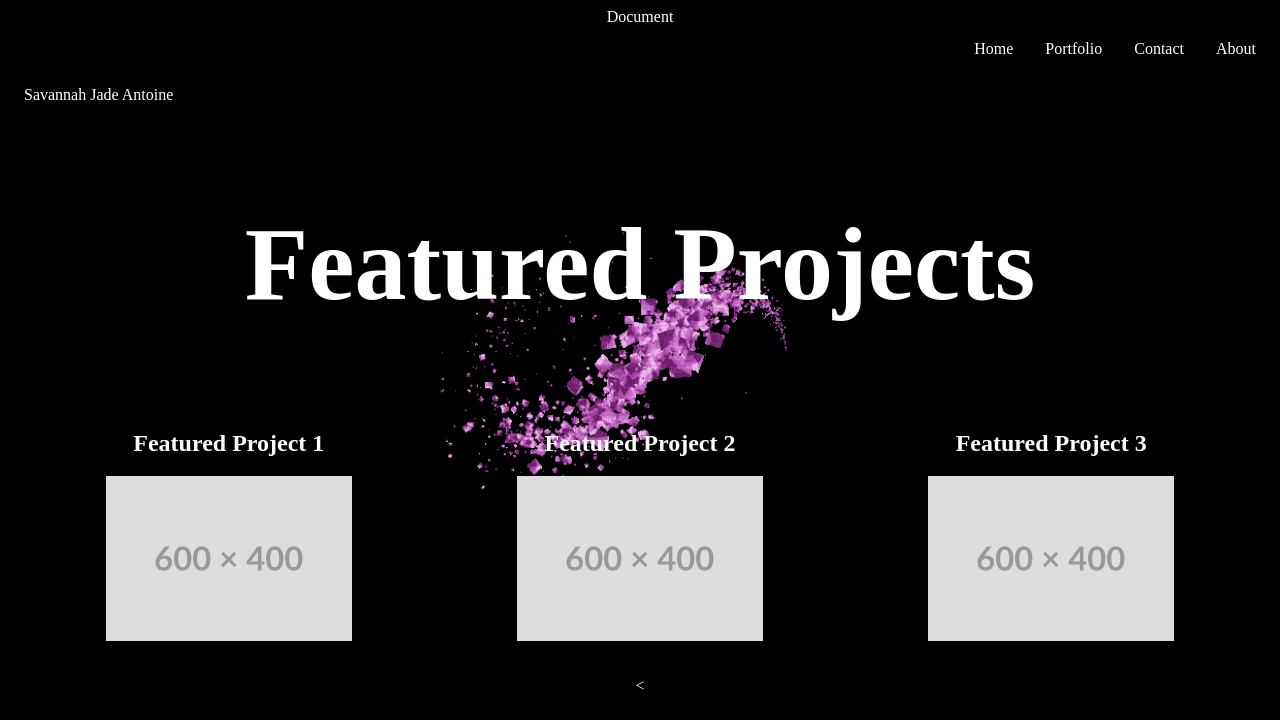
Repository: Savannah-Antoine/Savannah-Antoine
Page: pages/project-name-2.html
The author's editor kept a copy of each file at every save. The page is drawn from the files as they stood at one save, then again after the next save.
The browser window is 1280 px wide. The pictures show the whole page.

Above is the page before, as saved 2026-05-08 16:48:39.

### pages/project-name-2.html
<!DOCTYPE html>
<html lang="en">
<head>
    <meta charset="UTF-8">
    <meta name="viewport" content="width=device-width, initial-scale=1.0">
    <link rel = "stylesheet" href = "./styles/index.css" />
    <link rel = "stylesheet" href = "./styles/globals.css" />
    <link rel
    <title>Document</title>
</head>
<body>
<header>
    <nav>
        <ul class = "navigation">
  <li><a href="index.html">Home</a></li>
  <li><a href="./pages/project-name-1.html">Portfolio</a></li>
  <li><a href="contact.asp">Contact</a></li>
  <li><a href="about.asp">About</a></li>
</ul>
        <ul class = "homeButton">
           <li><a   href = "index.html">Savannah Jade Antoine</a></li>
        </ul>
        <h1> Featured Projects</h1>
</nav>

</header>
<main class = "container">

<section >
<h2>Featured Project 1</h2>
<img src = "./assets/images/placeholder1.svg" alt = "First Portfolio placeholder image" />

</section>

<section>
<h2>Featured Project 2</h2>
<img src = "./assets/images/placeholder1.svg" alt = "Second Portfolio placeholder image" />
</section>
<section>
<h2>Featured Project 3</h2>
<img src = "./assets/images/placeholder1.svg" alt = "Third Portfolio placeholder image" />
</section>

<section>
<
</main>

</body>
</html>

### styles/index.css
.container{
   display:flex;
   flex-direction:column;
    justify-content: center;
    gap:2rem;


}
body h1{
    font-size: 3rem;

}

img{
    width: 65%;
    height:auto;
}

@media screen and (min-width: 768px)
{
    body h1{
    font-size: 6.5rem;
}
    section{

    width: 30%;
}

    .container{
          display:flex;
          flex-direction: row;
          flex-wrap: wrap;
          justify-content: center;

    }
}

@media screen and (min-width: 1000px)
{

}

### styles/globals.css
body {
    background-color: black;
  background-image: url(/assets/images/background-pic.gif);
  background-repeat: no-repeat;
  background-size: cover;
  color: white;
  font-size: 16px;
  text-align: center;
}



.homeButton{
  list-style-type: none;
  margin: 0;
  padding: 0;
  display: flex;
  justify-content: left;

}


.navigation {
  list-style-type: none;
  margin: 0;
  padding: 0;
  display: flex;
  justify-content: right;
}
li a {
  display: block;
  color: white;
  padding: 14px 16px;
  text-decoration: none;
}

ul li a:hover {
  background-color: #be6c6c;
}

### styles/page.css
body {
    background-color: black;
  background-image: url(/assets/images/background-pic.gif);
  background-repeat: no-repeat;
  background-size: cover;
  color: white;
  font-size: 16px;
  text-align: center;
}



.homeButton{
    text-align:left;
    color:pink;
}

.navigation {
  list-style-type: none;
  margin: 0;
  padding: 0;
  display: flex;
  justify-content: right;
}
li a {
  display: block;
  color: white;
  padding: 14px 16px;
  text-decoration: none;
}

ul li a:hover {
  background-color: #be6c6c;
}

After the next save:
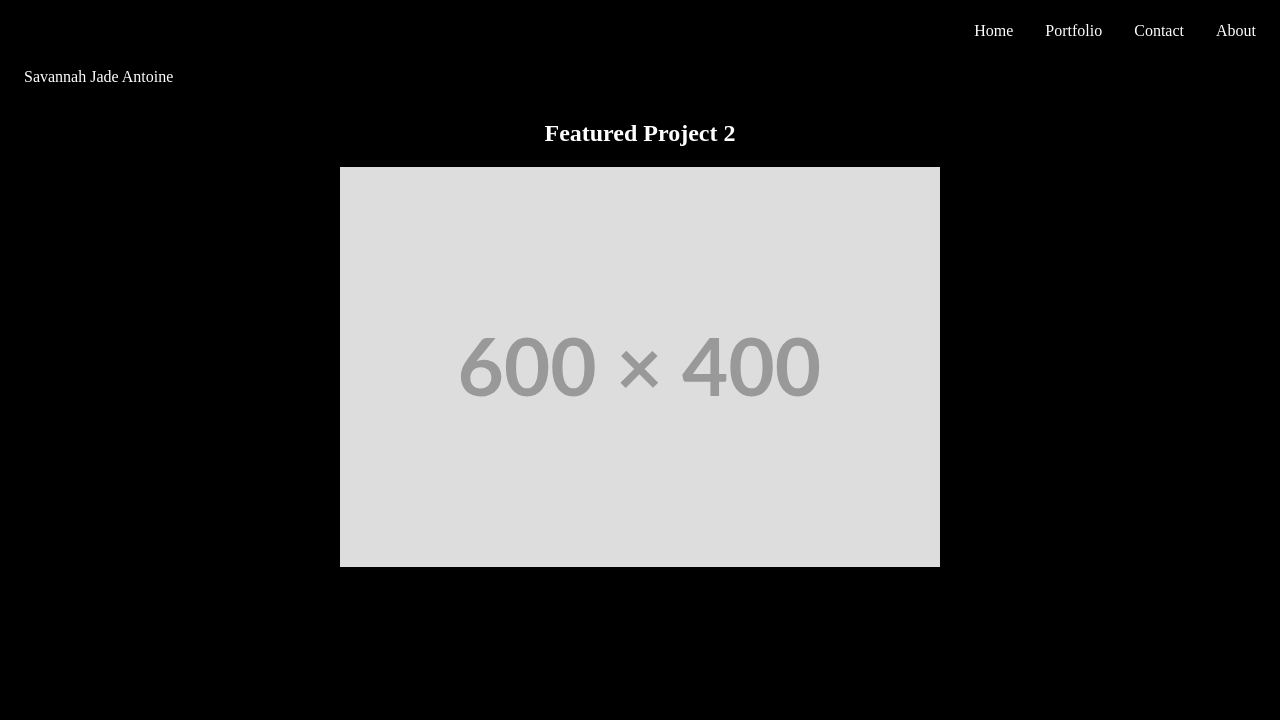
Saved 52 s later.
--- a/pages/project-name-2.html
+++ b/pages/project-name-2.html
@@ -3,46 +3,35 @@
 <head>
     <meta charset="UTF-8">
     <meta name="viewport" content="width=device-width, initial-scale=1.0">
-    <link rel = "stylesheet" href = "./styles/index.css" />
-    <link rel = "stylesheet" href = "./styles/globals.css" />
-    <link rel
+    <link rel = "stylesheet" href = "../styles/page.css" />
+    <link rel = "stylesheet" href = "../styles/globals.css" />
     <title>Document</title>
 </head>
 <body>
 <header>
     <nav>
         <ul class = "navigation">
-  <li><a href="index.html">Home</a></li>
-  <li><a href="./pages/project-name-1.html">Portfolio</a></li>
-  <li><a href="contact.asp">Contact</a></li>
-  <li><a href="about.asp">About</a></li>
+  <li><a href="../index.html">Home</a></li>
+  <li><a href="../pages/portfolioPage.html">Portfolio</a></li>
+  <li><a href="../pages/contact.html">Contact</a></li>
+  <li><a href="../pages/about.asp">About</a></li>
 </ul>
         <ul class = "homeButton">
            <li><a   href = "index.html">Savannah Jade Antoine</a></li>
         </ul>
-        <h1> Featured Projects</h1>
 </nav>
-
 </header>
 <main class = "container">
 
 <section >
-<h2>Featured Project 1</h2>
-<img src = "./assets/images/placeholder1.svg" alt = "First Portfolio placeholder image" />
+<h2>Featured Project 2</h2>
+<img src = "../assets/images/placeholder1.svg" alt = "First Portfolio placeholder image" />
+
 
 </section>
 
-<section>
-<h2>Featured Project 2</h2>
-<img src = "./assets/images/placeholder1.svg" alt = "Second Portfolio placeholder image" />
-</section>
-<section>
-<h2>Featured Project 3</h2>
-<img src = "./assets/images/placeholder1.svg" alt = "Third Portfolio placeholder image" />
-</section>
 
-<section>
-<
+
 </main>
 
 </body>
